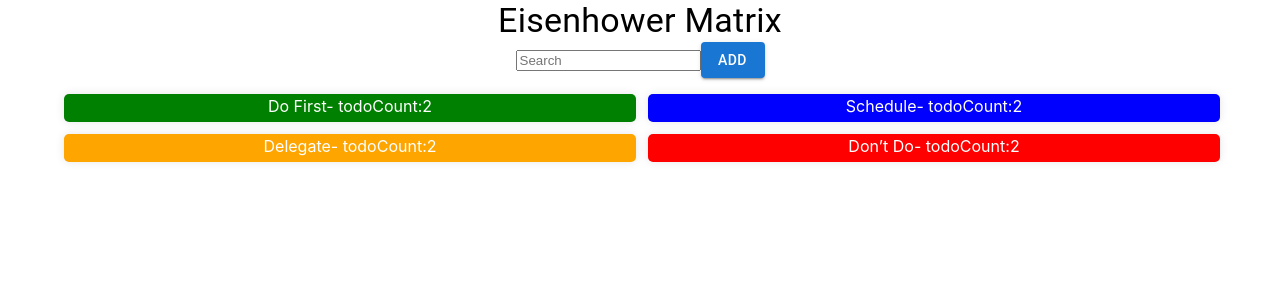
Repository: GokulDev4U/Krixi_react_assignment
Page: /
These files come from the project's save history. The page is drawn as it stood at one moment and after the next save; the edit follows.
The browser window is 1280 px wide. The pictures show the whole page.
The project was rebuilt for these pictures with package versions that can differ from the ones it lists, and the page was loaded fresh each time.

Above is the page before, as saved 2022-04-04 14:21:56.

After the next save:
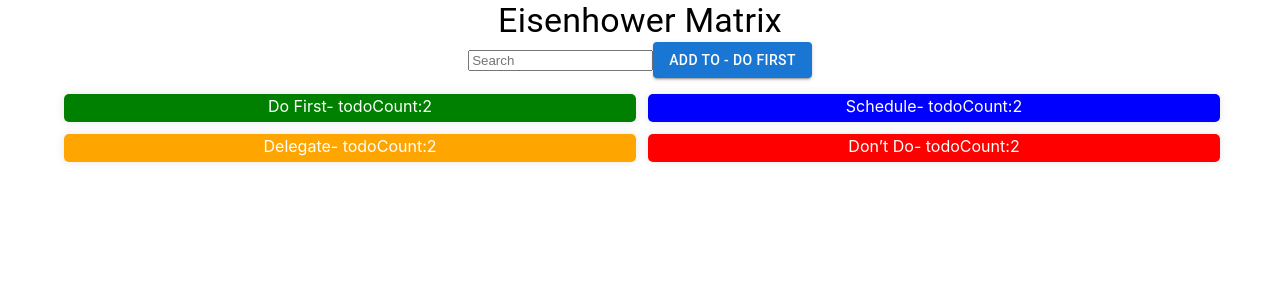
Saved 11 min 8 s later.
--- a/src/App.js
+++ b/src/App.js
@@ -35,7 +35,7 @@ function App() {
               color="primary"
               onClick={handleButtonClick}
             >
-              Add
+              Add to - do first
             </Button>
           </Grid>
           <Grid item xs={6}>
